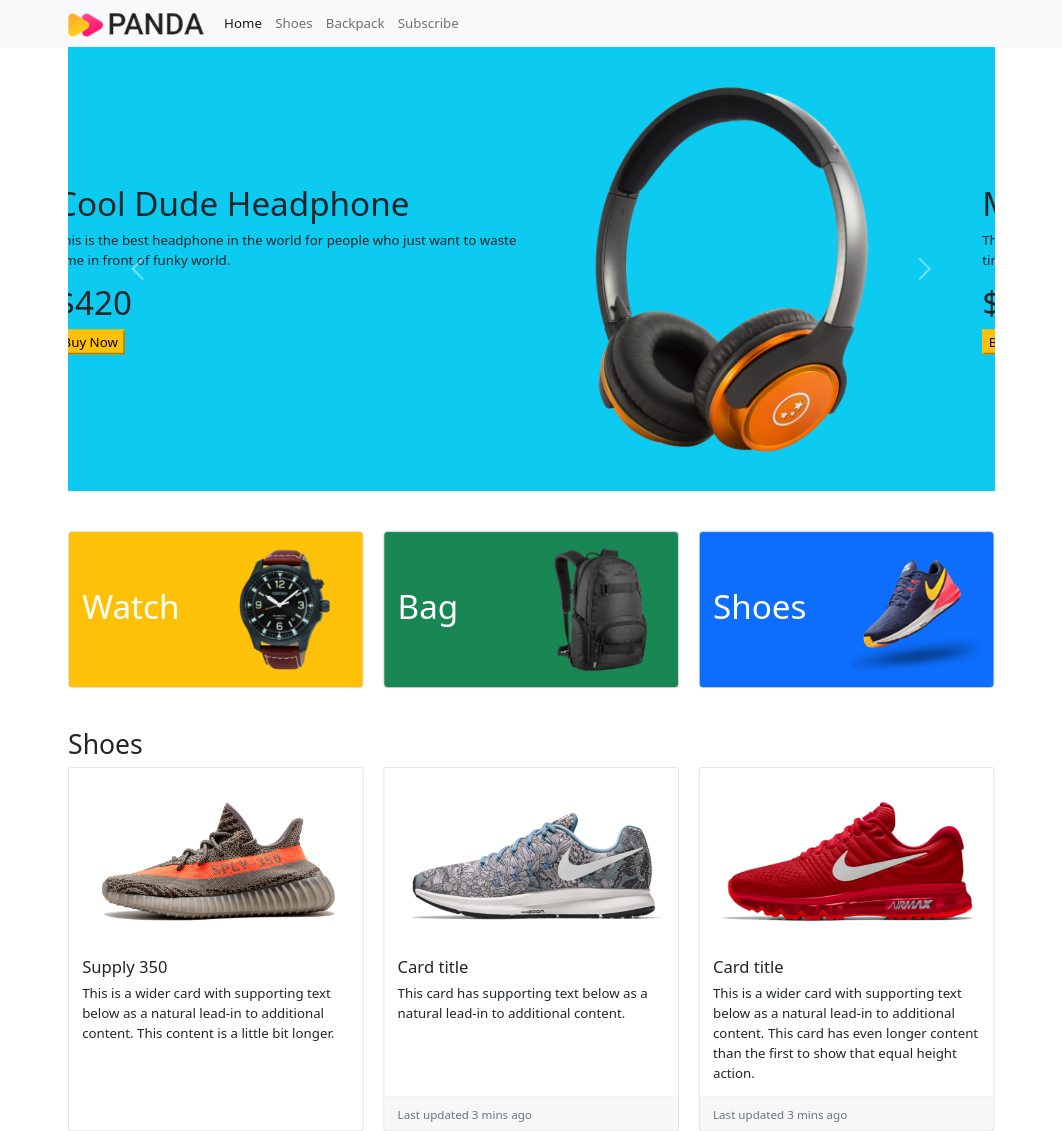
Repository: mdmohiddin/panda-commerce-rp
Page: index.html
The author's editor kept a copy of each file at every save. The page is drawn from the files as they stood at one save, then again after the next save.
The browser window is 1280 px wide. The pictures show the whole page, at 83% of full size.

Above is the page before, as saved 2021-07-28 18:30:34.

### index.html
<!DOCTYPE html>
<html lang="en">
<head>
    <meta charset="UTF-8">
    <meta http-equiv="X-UA-Compatible" content="IE=edge">
    <meta name="viewport" content="width=device-width, initial-scale=1.0">
    <title>panda-commerce</title>
    <!-- Bootstrap Stylesheet -->
    <link href="https://cdn.jsdelivr.net/npm/bootstrap@5.0.2/dist/css/bootstrap.min.css" rel="stylesheet" integrity="sha384-EVSTQN3/azprG1Anm3QDgpJLIm9Nao0Yz1ztcQTwFspd3yD65VohhpuuCOmLASjC" crossorigin="anonymous">

</head>
<body>
    <!-- header star -->
    <header>
        <nav class="navbar navbar-expand-lg navbar-light bg-light">
            <div class="container">
              <a class="navbar-brand" href="#">
                <img src="images/logo.png" alt="">
              </a>
              <button class="navbar-toggler" type="button" data-bs-toggle="collapse" data-bs-target="#navbarSupportedContent" aria-controls="navbarSupportedContent" aria-expanded="false" aria-label="Toggle navigation">
                <span class="navbar-toggler-icon"></span>
              </button>
              <div class="collapse navbar-collapse" id="navbarSupportedContent">

                <ul class="navbar-nav me-auto mb-2 mb-lg-0">

                    <li class="nav-item">
                    <a class="nav-link active" aria-current="page" href="#">Home</a>
                  </li>

                  <li class="nav-item">
                    <a class="nav-link" href="#">Shoes</a>
                  </li>

                  <li class="nav-item">
                    <a class="nav-link" href="#">Backpack</a>
                  </li>

                  <li class="nav-item">
                    <a class="nav-link" href="#">Subscribe</a>
                  </li>

                </ul>
              </div>
            </div>
          </nav>

          <!-- image slider -->
          <section class="container">
            <div id="carouselExampleControls" class="carousel slide" data-bs-ride="carousel">

                <div class="carousel-inner">

                    <div class="carousel-item active">

                        <div class="row bg-info p-5 d-flex align-items-center">
                            <div class="col-lg-7">
                                <h1>Cool Dude Headphone</h1>
                                <p>This is the best headphone in the world for people who just want to waste time in front of funky world.</p>
                                <h1>$420</h1>
                                <button class="btn-warning">Buy Now</button>
                            </div>
                            <div class="col-lg-5">
                                <img src="images/banner-images/headphone.png" class="d-block w-100" alt="...">
                            </div>
                        </div>
                  </div>

                  <div class="carousel-item">
                    <div class="row bg-info p-5 d-flex align-items-center">
                        <div class="col-lg-7">
                            <h1>Mega LCD TV For Sports</h1>
                            <p>This is the best headphone in the world for people who just want to waste time in front of funky world.</p>
                            <h1>$420</h1>
                            <button class="btn-warning">Buy Now</button>
                        </div>
                        <div class="col-lg-5">
                            <img src="images/banner-images/tv.png" class="d-block w-100" alt="...">
                        </div>
                    </div>
                  </div>

                  <div class="carousel-item">
                    <div class="row bg-info p-5 d-flex align-items-center">
                        <div class="col-lg-7">
                            <h1>X-Box for your living room</h1>
                            <p>This is the best headphone in the world for people who just want to waste time in front of funky world.</p>
                            <h1>$600</h1>
                            <button class="btn-warning">Buy Now</button>
                        </div>
                        <div class="col-lg-5">
                            <img src="images/banner-images/xbox.png" class="d-block w-100" alt="...">
                        </div>
                    </div>
                  </div>
                </div>
                <button class="carousel-control-prev" type="button" data-bs-target="#carouselExampleControls" data-bs-slide="prev">
                  <span class="carousel-control-prev-icon" aria-hidden="true"></span>
                  <span class="visually-hidden">Previous</span>
                </button>
                <button class="carousel-control-next" type="button" data-bs-target="#carouselExampleControls" data-bs-slide="next">
                  <span class="carousel-control-next-icon" aria-hidden="true"></span>
                  <span class="visually-hidden">Next</span>
                </button>
              </div>
          </section>
    </header>
    <!-- header end -->

    <main>
        <!-- catergories -->
        <section class="container my-5">
                <div class="row g-4">

                  <div class="col-lg-4 col-md-6 col-12">
                    <div class="p-3 border bg-warning d-flex align-items-center d-flex justify-content-between rounded-3">
                        <h1 class="text-white">Watch</h1>
                        <img src="images/categories/watch.png" alt="">
                    </div>
                  </div>

                  <div class="col-lg-4 col-md-6 col-12">
                    <div class="p-3 border bg-success d-flex align-items-center d-flex justify-content-between rounded-3">
                        <h1 class="text-white">Bag</h1>
                        <img src="images/categories/bag.png" alt="">
                    </div>
                  </div>

                  <div class="col-lg-4 col-md-6 col-12">
                    <div class="p-3 border bg-primary d-flex align-items-center d-flex justify-content-between rounded-3">
                        <h1 class="text-white">Shoes</h1>
                        <img src="images/categories/shoes.png" alt="">
                    </div>
                  </div>
                </div>
        </section>

        <!-- Shoes -->
        <section class="container">
            <h2>Shoes</h2>
            <div class="row row-cols-1 row-cols-md-3 g-4">

                <div class="col">
                  <div class="card h-100">
                    <img src="images/shoes/shoe-1.png" class="card-img-top" alt="...">
                    <div class="card-body">
                      <h5 class="card-title">Supply 350</h5>
                      <p class="card-text">This is a wider card with supporting text below as a natural lead-in to additional content. This content is a little bit longer.</p>
                    </div>

                  </div>
                </div>

                <div class="col">
                  <div class="card h-100">
                    <img src="images/shoes/shoe-2.png" class="card-img-top" alt="...">
                    <div class="card-body">
                      <h5 class="card-title">Card title</h5>
                      <p class="card-text">This card has supporting text below as a natural lead-in to additional content.</p>
                    </div>
                    <div class="card-footer">
                      <small class="text-muted">Last updated 3 mins ago</small>
                    </div>
                  </div>
                </div>

                <div class="col">
                  <div class="card h-100">
                    <img src="images/shoes/shoe-3.png" class="card-img-top" alt="...">
                    <div class="card-body">
                      <h5 class="card-title">Card title</h5>
                      <p class="card-text">This is a wider card with supporting text below as a natural lead-in to additional content. This card has even longer content than the first to show that equal height action.</p>
                    </div>
                    <div class="card-footer">
                      <small class="text-muted">Last updated 3 mins ago</small>
                    </div>
                  </div>
                </div>
              </div>
        </section>
    </main>
    <footer>

    </footer>

    <!-- Bootstrap JS -->
    <script src="https://cdn.jsdelivr.net/npm/bootstrap@5.0.2/dist/js/bootstrap.bundle.min.js" integrity="sha384-MrcW6ZMFYlzcLA8Nl+NtUVF0sA7MsXsP1UyJoMp4YLEuNSfAP+JcXn/tWtIaxVXM" crossorigin="anonymous"></script>
</body>
</html>

After the next save:
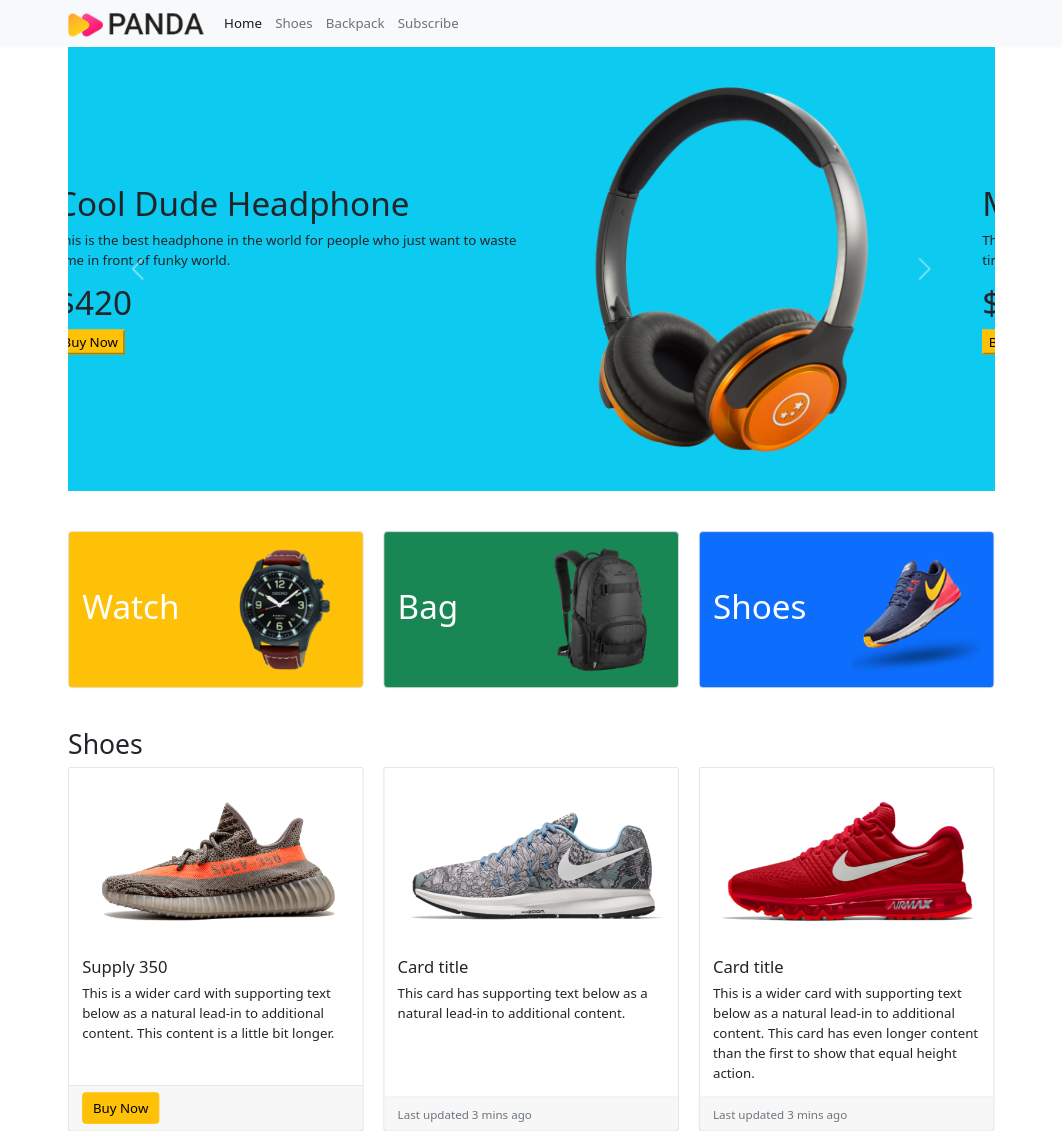
Saved 93 s later.
--- a/index.html
+++ b/index.html
@@ -147,7 +147,9 @@
                       <h5 class="card-title">Supply 350</h5>
                       <p class="card-text">This is a wider card with supporting text below as a natural lead-in to additional content. This content is a little bit longer.</p>
                     </div>
-
+                    <div class="card-footer">
+                     <button class="btn btn-warning">Buy Now</button>
+                    </div>
                   </div>
                 </div>
 
